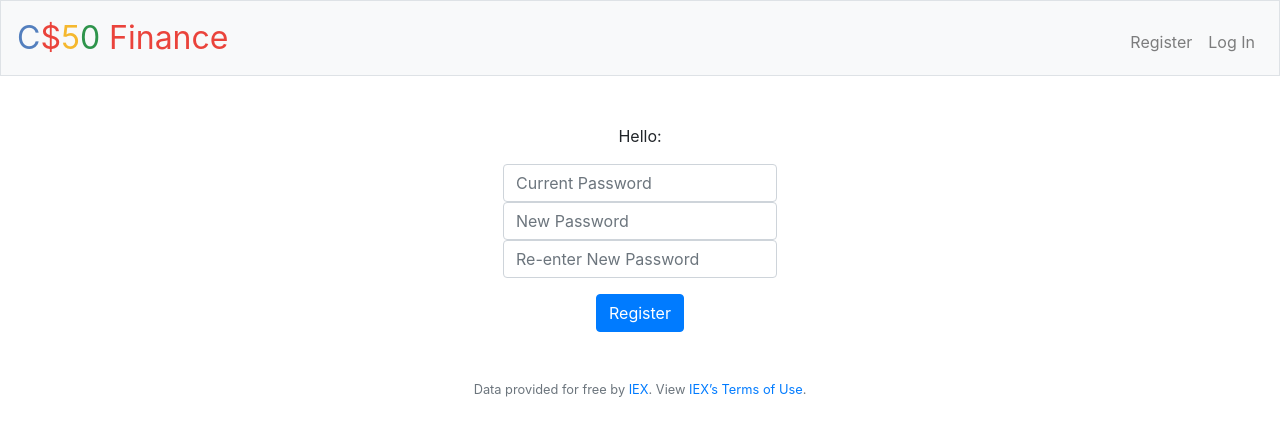
Repository: mskurnickcode/coupleDo
Page: finance/templates/change_password.html
The author's editor kept a record of every edit. The page is drawn from the files as they stood at one moment, then again after the next edit.
The browser window is 1280 px wide. The pictures show the whole page.
The template is drawn by Flask 3. The application's start-up code is not run. The template is opened directly, without the code that normally fills it, so the values that code supplies are empty.

Above is the page before.
Console error: TypeError: document.getElementByID is not a function

After the next edit:
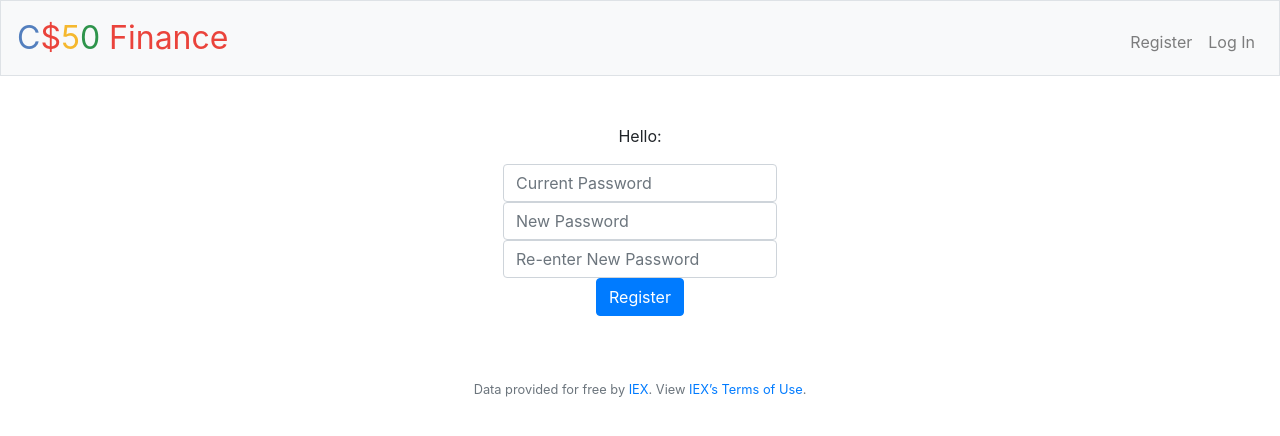
The edit:
--- a/ubuntu/finance/templates/change_password.html
+++ b/ubuntu/finance/templates/change_password.html
@@ -12,8 +12,9 @@
         <div class="form-group">
                 <input class="form-control" id = "current_password" name="current" placeholder="Current Password" type="password">
             <div>
-            <input class="form-control" id = "new_password1" name="login_password" placeholder="New Password" type="password">
+                <input class="form-control" id = "new_password1" name="login_password" placeholder="New Password" type="password">
             </div>
+            <div>
             <input class="form-control" id = "new_password2" name="password_check" placeholder="Re-enter New Password" type="password" onkeyup="manage(this)" >
         </div>
         <button class="btn btn-primary" type="submit" id ="submit">Register</button>

After the edit that followed:
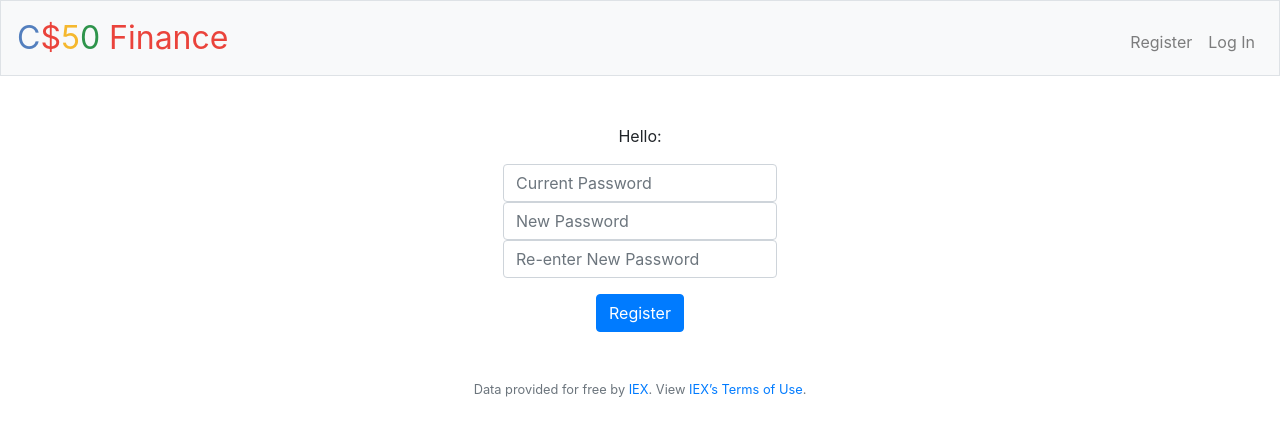
The edit:
--- a/ubuntu/finance/templates/change_password.html
+++ b/ubuntu/finance/templates/change_password.html
@@ -15,7 +15,8 @@
                 <input class="form-control" id = "new_password1" name="login_password" placeholder="New Password" type="password">
             </div>
             <div>
-            <input class="form-control" id = "new_password2" name="password_check" placeholder="Re-enter New Password" type="password" onkeyup="manage(this)" >
+                <input class="form-control" id = "new_password2" name="password_check" placeholder="Re-enter New Password" type="password" onkeyup="manage(this)" >
+            </div>
         </div>
         <button class="btn btn-primary" type="submit" id ="submit">Register</button>
     </form>
